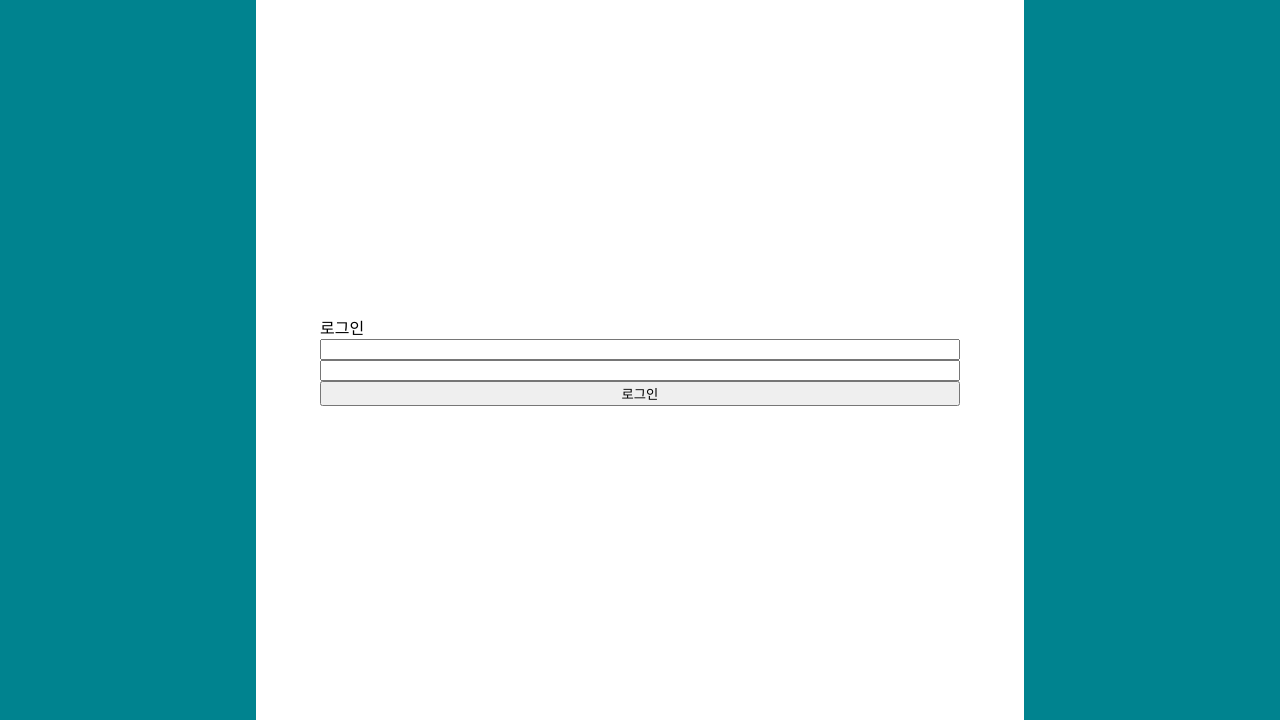
Repository: SeungYn/ticktickup-client
Page: /Login
The author's editor kept a copy of each file at every save. The page is drawn from the files as they stood at one save, then again after the next save.
The browser window is 1280 px wide. The pictures show the whole page.
The project was rebuilt for these pictures with package versions that can differ from the ones it lists, and the page was loaded fresh each time. Also part of the build but not shown: src/pages/Main.tsx, src/pages/TimeDetail.tsx, src/pages/MyInfo.tsx.

Above is the page before, as saved 2022-12-29 22:39:09.

After the next save:
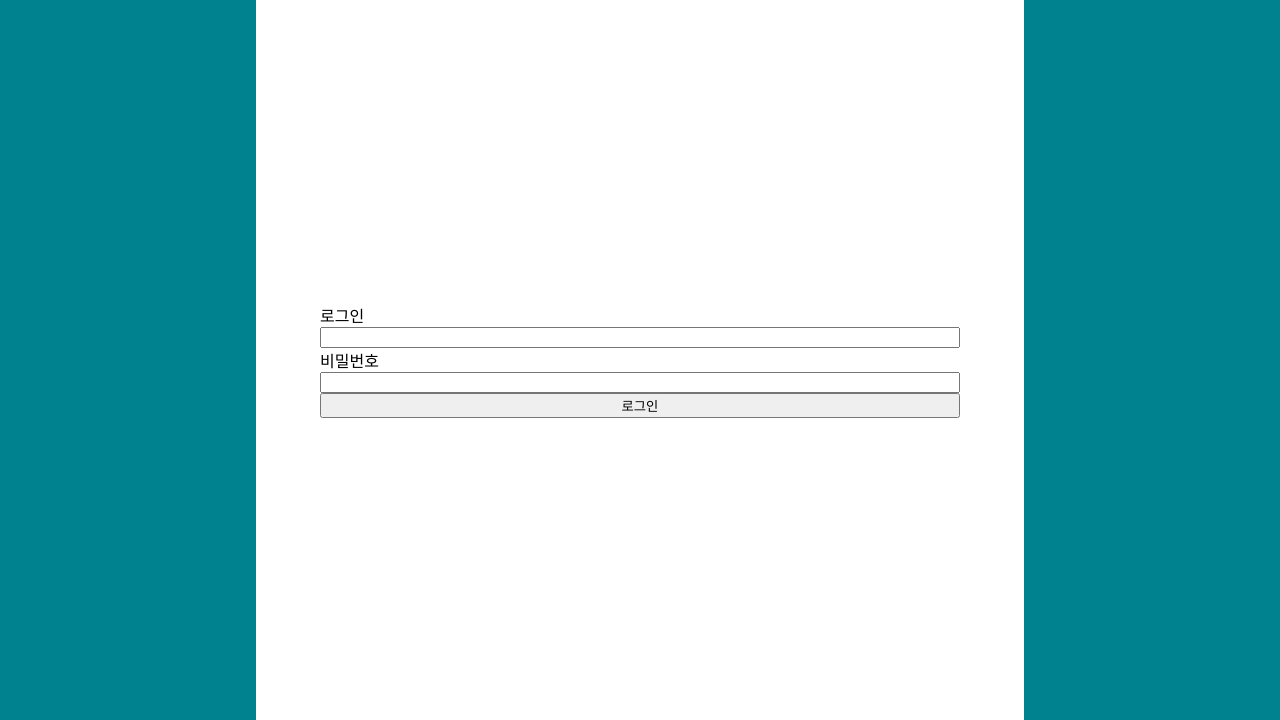
Saved 29 s later.
--- a/src/components/auth/AuthForm.tsx
+++ b/src/components/auth/AuthForm.tsx
@@ -7,6 +7,7 @@ export default function AuthForm() {
     <form className={cx('form')}>
       <label htmlFor='login'>로그인</label>
       <input type='text' />
+      <label htmlFor='password'>비밀번호</label>
       <input type='password' />
       <button>로그인</button>
     </form>
